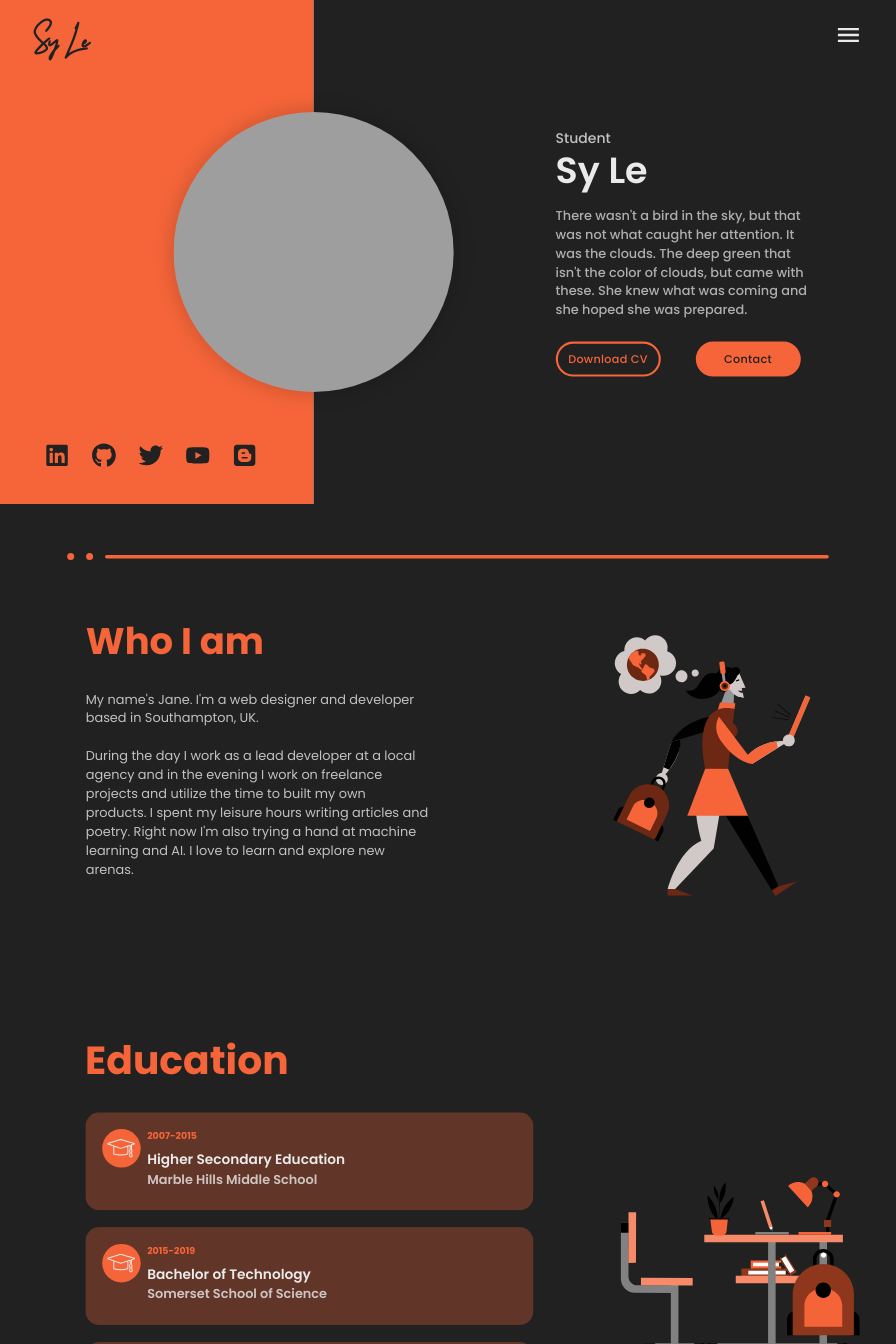
Repository: SyLe-Van/Webite_Subject
Page: / (app in Lab3/Homework/homework4/)
These files come from the project's save history. The page is drawn as it stood at one moment and after the next save; the edit follows.
The browser window is 1280 px wide. The pictures show the part of the page from y = 0 to 1920 px (the page is 7857 px tall), at 70% of full size.
Pictures or frames that could not be fetched are drawn as grey boxes. Some web fonts or font styles are not loaded; a fallback is used. The project was rebuilt for these pictures with package versions that can differ from the ones it lists, and the page was loaded fresh each time. Also part of the build but not shown: Lab3/Homework/homework4/src/pages/Blog/BlogPage.css, Lab3/Homework/homework4/src/pages/Blog/BlogPage.js, Lab3/Homework/homework4/src/pages/Project/ProjectPage.css, Lab3/Homework/homework4/src/pages/Project/ProjectPage.js. Imported but missing from the stored project, and not drawn on this page: Lab3/Homework/homework4/src/assets/pdf/resume.pdf.

Above is the page before, as saved 2023-12-01 15:52:19.

After the next save:
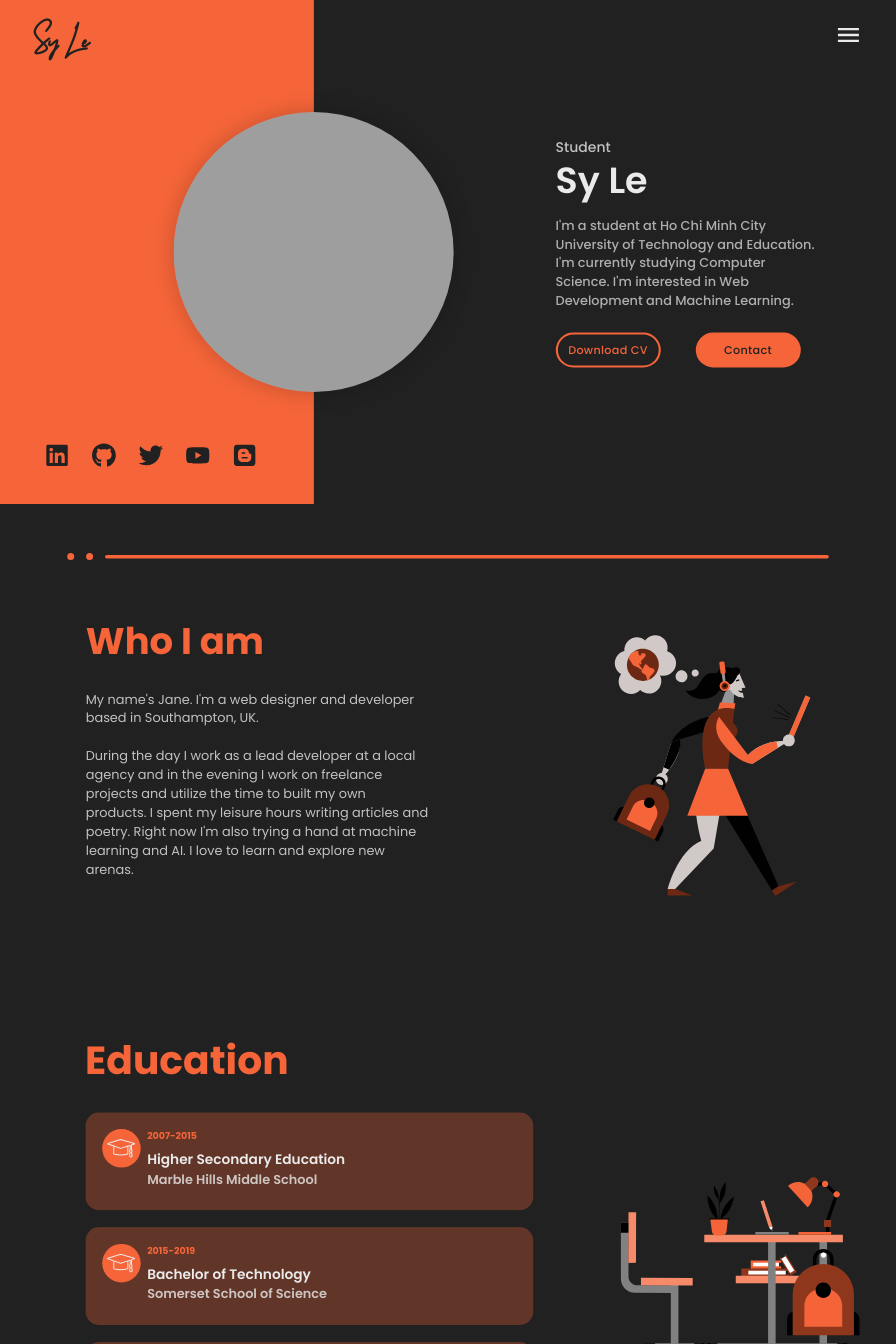
Saved 25 s later.
--- a/Lab3/Homework/homework4/src/data/headerData.js
+++ b/Lab3/Homework/homework4/src/data/headerData.js
@@ -3,7 +3,7 @@ import resume from '../assets/pdf/resume.pdf'
 export const headerData = {
     name: 'Sy Le',
     title: "Student",
-    desciption:"There wasn't a bird in the sky, but that was not what caught her attention. It was the clouds. The deep green that isn't the color of clouds, but came with these. She knew what was coming and she hoped she was prepared. ",
+    desciption:"I'm a student at Ho Chi Minh City University of Technology and Education. I'm currently studying Computer Science. I'm interested in Web Development and Machine Learning.",
     image: 'https://scontent.fsgn8-4.fna.fbcdn.net/v/t39.30808-6/393003204_1514111392683548_4206460713441802419_n.jpg?stp=cp6_dst-jpg&_nc_cat=111&ccb=1-7&_nc_sid=efb6e6&_nc_ohc=YJzZ463xKZoAX_2j_bZ&_nc_ht=scontent.fsgn8-4.fna&cb_e2o_trans=q&oh=00_AfBAGLpM-4CJYqOTEaPe1CessNQ2AG8Z8AIgSRpNBk_V7g&oe=656F3A08',
     resumePdf: resume
 }
